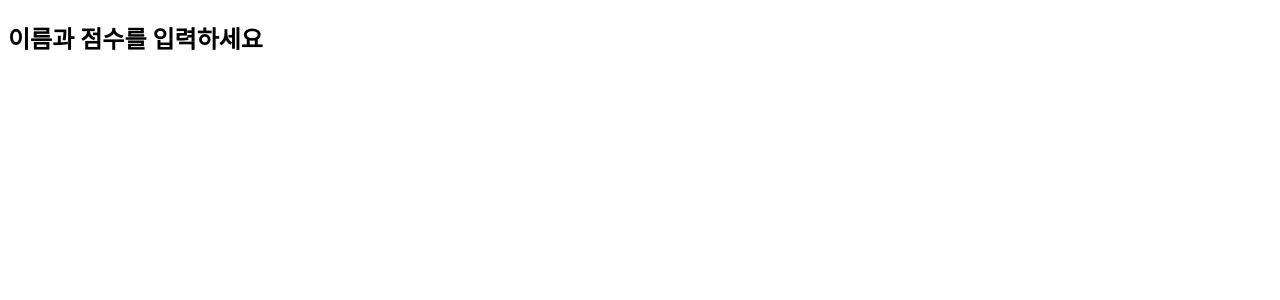
Repository: bbseok97/HTML
Page: http://localhost/jspbasic/actionTag/quiz/score_quiz01.jsp
These files come from the project's save history. The page is drawn as it stood at one moment and after the next save; the edit follows.
The browser window is 1280 px wide. The pictures show the whole page.
The page is served by Tomcat 9.

Above is the page before, as saved 2024-04-09 07:03:58.

After the next save:
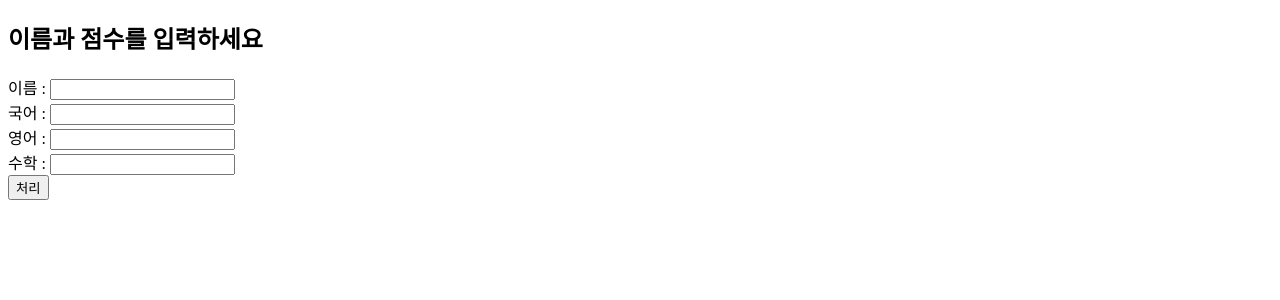
Saved 2 min 14 s later.
--- a/jspbasic/src/main/webapp/actionTag/quiz/score_quiz01.jsp
+++ b/jspbasic/src/main/webapp/actionTag/quiz/score_quiz01.jsp
@@ -8,5 +8,13 @@
 	</head>
 	<body>
 		<h2>이름과 점수를 입력하세요</h2>
+
+		<form action="score_quiz02.jsp" method="post">
+			이름 : <input type="text" name="name"><br>
+			국어 : <input type="text" name="ko"><br>
+			영어 : <input type="text" name="en"><br>
+			수학 : <input type="text" name="math"><br>
+			<input type="submit" value="처리">
+		</form>
 	</body>
 </html>
